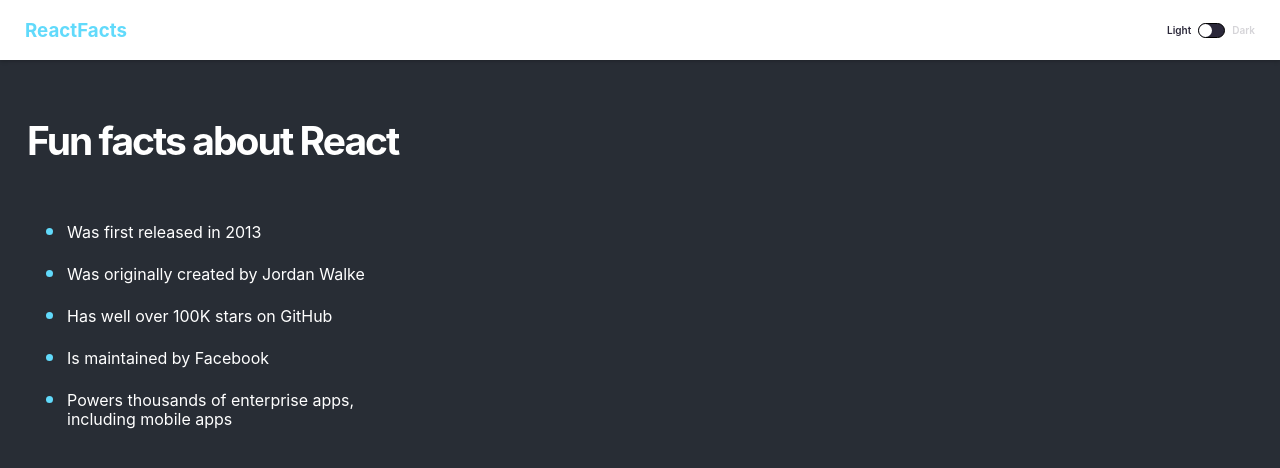
Repository: BuduCE/react_facts
Page: /
An editor plug-in stored every save of this project. The page is shown before and after a run of saves, followed by the edit.
The browser window is 1280 px wide. The pictures show the whole page.
The project was rebuilt for these pictures with package versions that can differ from the ones it lists, and the page was loaded fresh each time. Also part of the build but not shown: src/App.css.

Above is the page before, as saved 2022-10-06 23:13:36.

### src/index.css
body {
  margin: 0;
  font-family: -apple-system, BlinkMacSystemFont, 'Segoe UI', 'Roboto', 'Oxygen',
    'Ubuntu', 'Cantarell', 'Fira Sans', 'Droid Sans', 'Helvetica Neue',
    sans-serif;
  -webkit-font-smoothing: antialiased;
  -moz-osx-font-smoothing: grayscale;
}

code {
  font-family: source-code-pro, Menlo, Monaco, Consolas, 'Courier New',
    monospace;
}
* {
  box-sizing: border-box;
}

h1,
h2,
h3,
h4,
h5,
h6,
p {
  margin: 0;
}

body {
  margin: 0;
}

.container {
  display: flex;
  flex-direction: column;
  height: 100vh;
}

/* NAV styles */

nav {
  display: flex;
  align-items: center;
  background-color: #ffffff;
  padding: 30px 25px;
  height: 60px;
  box-shadow: 0px 1px 4px rgba(0, 0, 0, 0.25);
  z-index: 1;
}

nav.dark {
  background-color: #21222A;
}

.nav--logo_icon {
  width: 30px;
  margin-right: 10px;
}

.nav--logo_text {
  color: #61DAFB;
  margin-right: auto;
}

.nav--title {
  color: #DEEBF8;
}

.toggler {
  display: flex;
  align-items: center;
}

.toggler p {
  font-size: 0.625rem;
  font-weight: 600;
}

.toggler--slider {
  width: 25px;
  height: 13px;
  background-color: #2B283A;
  border-radius: 2rem;
  margin-inline: 7px;
  cursor: pointer;
  display: flex;
  justify-content: flex-start;
  align-items: center;
  border: 1px solid black;
  box-sizing: content-box;
}

nav.dark .toggler--slider {
  border-color: white;
  background-color: #F5F5F5;
}

.toggler--slider--circle {
  height: 13px;
  width: 13px;
  background-color: white;
  border-radius: 50%;
}

nav.dark .toggler--slider--circle {
  background-color: black;
}

.toggler--light {
  color: #2B283A;
}

nav.dark .toggler--light {
  color: #918E9B;
}

.toggler--dark {
  color: #D5D4D8;
}

nav.dark .toggler-dark {
  color: #FFFFFF;
}

nav.dark .toggler--slider {
  justify-content: flex-end;
}

/* MAIN styles */
main {
  padding: 57px 27px;
  /* background-image: url("./images/react-icon-light.png"); */
  background-repeat: no-repeat;
  background-position: right center;
  flex: 1 1 auto;
  background-color: white;
  color: #2B283A;
}

main.dark {
  /* background-image: url("./images/react-icon-dark.png"); */
  background-color: #282D35;
  color: white;
}

.main--title {
  margin: 0;
  font-size: 39px;
  letter-spacing: -0.05em;
}

.main--facts {
  margin-top: 46px;
  max-width: 400px;
}

.main--facts>li {
  line-height: 19px;
  padding-block: 10px;
}

.main--facts>li::marker {
  font-size: 1.4rem;
  color: #61DAFB;
}

### src/App.js
import './App.css';
import Main from './components/Main';
import Navbar from './components/Navbar';

function App() {
  const mode = () => {

  }

  const switchDarkMode = () => {

  }
  return (
    <div className="container">
      <Navbar toggleDarkMode={switchDarkMode}/>
      <Main darkMode={mode}/>
    </div>
  );
}

export default App;

### src/components/Navbar/index.jsx
import React from "react"

export default function Navbar(props) {
    return (
        <nav
            className={props.darkMode ? "dark" : ""}
        >
            {/* <img
                className="nav--logo_icon"
                src="./images/react-icon-small.png"
            /> */}
            <h3 className="nav--logo_text">ReactFacts</h3>

            <div
                className="toggler"
            >
                <p className="toggler--light">Light</p>
                <div
                    className="toggler--slider"
                    onClick={props.toggleDarkMode}
                >
                    <div className="toggler--slider--circle"></div>
                </div>
                <p className="toggler--dark">Dark</p>
            </div>
        </nav>
    )
}

Loaded but not shown: public/index.html (common file); src/index.js (common file); src/reportWebVitals.js (common file); src/components/Main/index.jsx (common file)

After the next 5 saves:
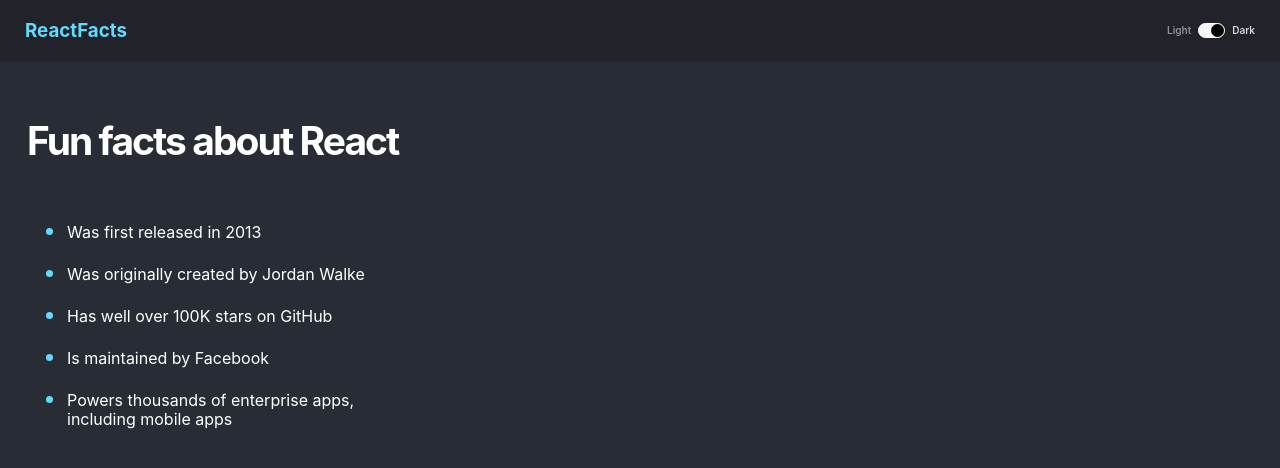
The 5 saves are shown as one change because they came seconds apart.
The last was saved 11 s later.
--- a/src/App.js
+++ b/src/App.js
@@ -12,7 +12,7 @@
   }
   return (
     <div className="container">
-      <Navbar toggleDarkMode={switchDarkMode}/>
+      <Navbar toggleDarkMode={switchDarkMode} darkMode={mode}/>
       <Main darkMode={mode}/>
     </div>
   );
